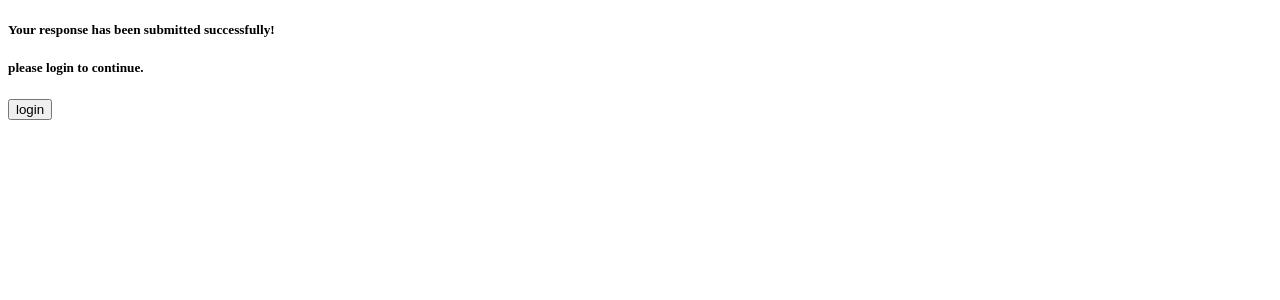
Repository: Ashwini-Tikotekar/servlets
Page: LoginRegistrationApp/WebContent/logout.html
These files come from the project's save history. The page is drawn as it stood at one moment and after the next save; the edit follows.
The browser window is 1280 px wide. The pictures show the whole page.

Above is the page before, as saved 2019-01-29 13:41:25.

After the next save:
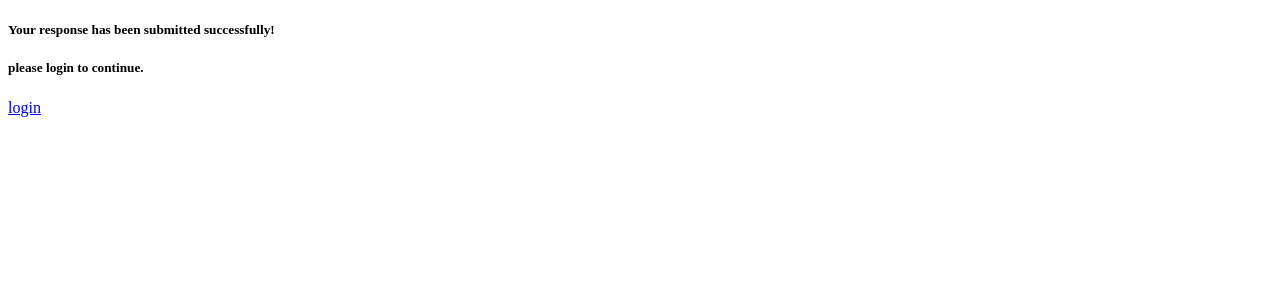
Saved 85 s later.
--- a/LoginRegistrationApp/WebContent/logout.html
+++ b/LoginRegistrationApp/WebContent/logout.html
@@ -5,11 +5,12 @@
 <title>Insert title here</title>
 </head>
 <body>
- <form action="logout" method="post"></form>
+
+
 <h5> Your response has been submitted successfully!</h5>
 <h5>please login to continue.</h5>
-<a href="login.html"></a>
-<input type="submit" value="login">
+<a href="login.html">login</a>
+
 
 </body>
 </html>
